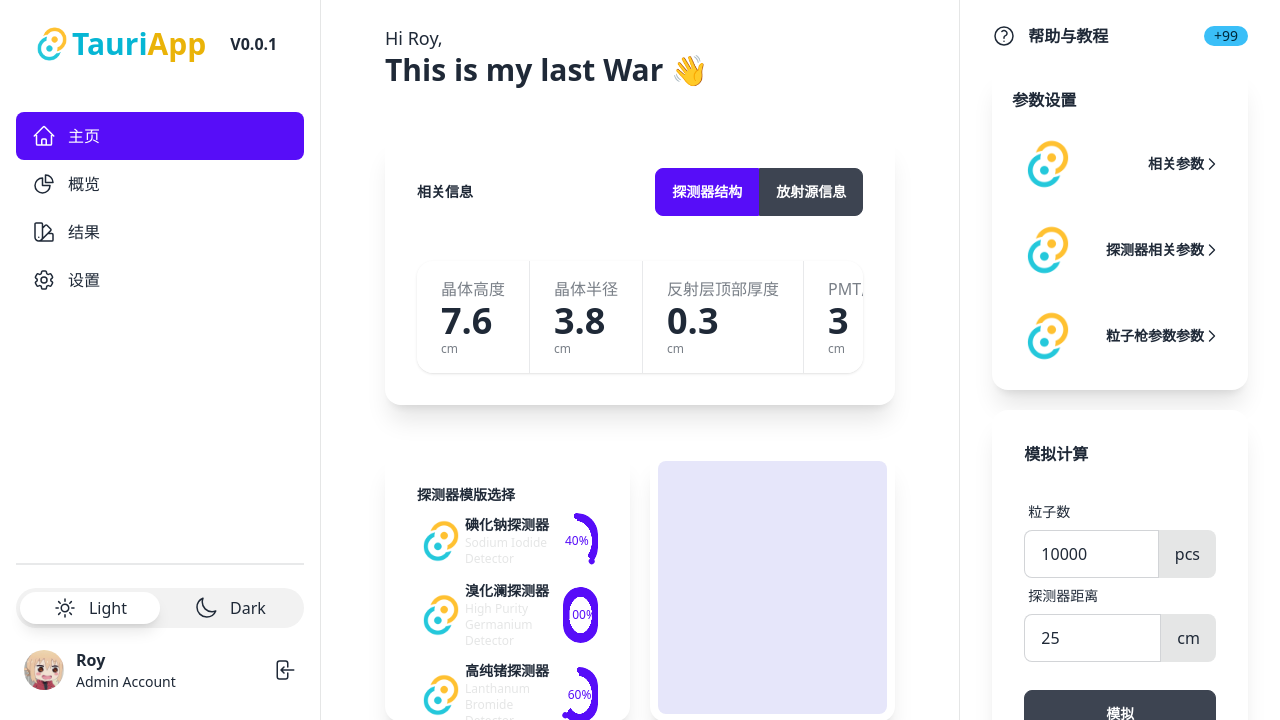
Repository: XMZOVO/tauri-geant4
Page: /
An editor plug-in stored every save of this project. The page is shown before and after the next save, followed by the edit.
The browser window is 1280 px wide. The pictures show the whole page.
The page's requests for data from a server got no answer. An inner scrolling area shows only its first screen. The project was rebuilt for these pictures with package versions that can differ from the ones it lists, and the page was loaded fresh each time. No one was signed in, and anything a server would have sent is missing. Also part of the build but not shown: vite.config.ts.

Above is the page before, as saved 2022-09-11 19:14:47.

### src/main.ts
import { createApp } from "vue";
import App from "./App.vue";
import "./index.css";
import { Router } from "./router";
import { createPinia } from "pinia";

const pinia = createPinia();

createApp(App).use(pinia).use(Router).mount("#app");

### src/router/index.ts
import { createRouter, createWebHistory } from "vue-router";

const routes = [
  {
    path: "",
    component: () => import("../components/MainWindow.vue"),
    children: [
      {
        path: "",
        component: () => import("../components/Home.vue"),
      },
      {
        path: "Setting",
        component: () => import("../components/Setting.vue"),
      },
      {
        path: "Results",
        component: () => import("../components/Results.vue"),
      },
      {
        path: "Overview",
        component: () => import("../components/Overview.vue"),
      },
      // {
      //   path: "Plan",
      //   component: () => import("../components/Plan.vue"),
      // },
    ],
  },
];

export const Router = createRouter({
  scrollBehavior: () => ({ left: 0, top: 0 }),
  history: createWebHistory(),
  routes,
});

### src/components/Home.vue
<script setup lang="ts">
import { ref, onMounted } from "vue";
import { invoke } from "@tauri-apps/api/tauri";
import { useRouter, onBeforeRouteLeave, onBeforeRouteUpdate } from "vue-router";
import path from "path";
import { exit } from "@tauri-apps/api/process";
import { fetch } from "@tauri-apps/api/http";

const router = useRouter();
const greetMsg = ref("");
const name = ref("");
let specFile = ref("");
let JSRootPath = ref("/JsRoot720/");

let detectorSrc = ref(
  JSRootPath.value +
    "index.htm?nobrowser&file=http://localhost:8080/file/G4Backend/build/rootFiles/test.root&item=Default;1&opt=ssao;transp60"
);

const parametersNames = ref([
  { name: "探测器结构", checked: true },
  { name: "放射源信息", checked: false },
]);
const selectedName = ref("钻井液性能");
const detectorProperties = ref([
  { name: "晶体高度", value: 7.6, unit: "cm" },
  { name: "晶体半径", value: 3.8, unit: "cm" },
  { name: "反射层顶部厚度", value: "0.3", unit: "cm" },
  { name: "PMT厚度", value: 3, unit: "cm" },
]);
const radioactiveProperties = ref([
  { name: "放射性同位素", value: "Co60", unit: "" },
  { name: "粒子数", value: 1000, unit: "" },
  { name: "3", value: 20, unit: "" },
  { name: "4", value: 0.02, unit: "" },
  { name: "5", value: 10, unit: "" },
]);
const detectorList = ref([
  { name: "碘化钠探测器", percent: 40, description: "Sodium Iodide Detector" },
  {
    name: "溴化澜探测器",
    percent: 100,
    description: "High Purity Germanium Detector",
  },
  {
    name: "高纯锗探测器",
    percent: 60,
    description: "Lanthanum Bromide Detector",
  },
]);
const paticleParameters = ref([
  { name: "粒子数", value: 10000, unit: "pcs" },
  { name: "探测器距离", value: 25, unit: "cm" },
]);
const btnWait = ref("");

async function greet() {
  greetMsg.value = await invoke("greet", { name: name.value });
}

onMounted(async () => {});

const parametersInfoChanged = (name: String) => {
  if (name == "探测器结构") {
    parametersNames.value[0].checked = true;
    parametersNames.value[1].checked = false;
  } else {
    parametersNames.value[0].checked = false;
    parametersNames.value[1].checked = true;
  }
};

const executeCalculate = async () => {
  if (paticleParameters.value[0].value > 10000000) {
    alert("粒子数过大");
    return;
  }
  btnWait.value = "loading";
  const response = await fetch("http://localhost:8080/g4", {
    method: "POST",
    query: {
      ch: detectorProperties.value[0].value.toString(),
      cr: detectorProperties.value[1].value.toString(),
      rtt: detectorProperties.value[2].value.toString(),
      num: paticleParameters.value[0].value.toString(),
    },
  }).then((res) => {
    btnWait.value = "";
    router.push({ path: "/Overview" });
  });
};

const refreshDetector = async () => {
  detectorSrc.value = " ";
  await fetch("http://localhost:8080/gdml", {
    method: "GET",
    query: {
      ch: detectorProperties.value[0].value.toString(),
      cr: detectorProperties.value[1].value.toString(),
      rtt: detectorProperties.value[2].value.toString(),
      pmt: detectorProperties.value[3].value.toString(),
    },
  }).then(() => {
    // let iframe: any = document.getElementById("iframe");
    // iframe.contentWindow.location.reload(true);
    detectorSrc.value =
      JSRootPath.value +
      "index.htm?nobrowser&file=http://localhost:8080/file/G4Backend/build/rootFiles/wtest.root&item=Default;1&opt=ssao;transp60";
  });
};

const exitApp = async () => {
  await exit(1);
};
</script>

<template>
  <!-- <div class="card">
    <input id="greet-input" v-model="name" placeholder="Enter a name..." />
    <button type="button" @click="greet()">Greet</button>
  </div>

  <p>{{ greetMsg }}</p> -->

  <div class="flex h-full w-full">
    <div class="w-2/3 space-y-12 border-r border-base-300 py-6 px-16">
      <div class="h-auto">
        <span class="block text-lg font-normal">Hi Roy,</span>
        <span class="block text-3xl font-bold"
          >This is my last War &#128075;</span
        >
      </div>
      <div class="card h-2/5 w-full shadow-xl">
        <div class="card-body justify-between">
          <div class="flex justify-between">
            <p class="card-title text-sm">相关信息</p>
            <!-- 选择框 -->
            <!-- <div class="form-control w-1/3 max-w-xs">
              <select
                class="select select-bordered focus:outline-none"
                @change="parametersInfoChanged($event)"
              >
                <option v-for="item in parametersNames">{{ item }}</option>
              </select>
            </div> -->
            <div class="btn-group">
              <input
                v-for="item in parametersNames"
                type="radio"
                name="options"
                :data-title="item.name"
                class="btn"
                :checked="item.checked"
                @change="parametersInfoChanged(item.name)"
              />
            </div>
          </div>
          <!-- 统计信息 -->
          <div
            class="stats stats-vertical overflow-hidden shadow lg:stats-horizontal"
          >
            <div
              class="stat"
              v-if="parametersNames[0].checked"
              v-for="item in detectorProperties"
            >
              <div class="stat-title">{{ item.name }}</div>
              <div class="stat-value">{{ item.value }}</div>
              <div class="stat-desc">{{ item.unit }}</div>
            </div>
            <div
              class="stat"
              v-if="parametersNames[1].checked"
              v-for="item in radioactiveProperties"
            >
              <div class="stat-title">{{ item.name }}</div>
              <div class="stat-value">{{ item.value }}</div>
              <div class="stat-desc">{{ item.unit }}</div>
            </div>
          </div>
        </div>
      </div>
      <!-- 底部双卡片 -->
      <div class="flex h-2/5 space-x-5">
        <!-- 1 -->
        <div class="card w-1/2 bg-base-100 shadow-xl">
          <div class="card-body">
            <p class="text-sm font-semibold">探测器模版选择</p>
            <!-- item -->
            <div class="flex flex-col gap-3">
              <div
                v-for="(item, index) in detectorList"
                class="flex items-center justify-between"
              >
                <div class="flex items-center">
                  <img src="../assets/icon.png" class="h-12 w-12" />
                  <div class="flex flex-col">
                    <p class="text-sm font-semibold">{{ item.name }}</p>
                    <p class="text-xs text-base-300">
                      {{ item.description }}
                    </p>
                  </div>
                </div>
                <div
                  class="radial-progress text-xs text-primary"
                  :style="
                    '--value: ' +
                    item.percent +
                    '; --size: 3.5rem; --thickness: 6px'
                  "
                >
                  {{ item.percent }}%
                </div>
              </div>
            </div>
            <btn class="btn rounded-xl"> 更多模版</btn>
          </div>
        </div>
        <!-- 2 -->
        <div class="card w-1/2 bg-base-100 shadow-xl">
          <div class="card-body p-2">
            <iframe
              :src="detectorSrc"
              frameborder="0"
              class="h-full w-full rounded-lg"
            ></iframe>
            <!-- <div class="h-full w-full bg-black" id="drawing"></div> -->
          </div>
        </div>
      </div>
    </div>

    <!-- 右侧 -->
    <div class="w-1/3 flex-col space-y-5 px-8 pt-6">
      <!-- 帮助 -->
      <div class="flex items-center justify-between">
        <div class="flex items-center space-x-3">
          <svg
            xmlns="http://www.w3.org/2000/svg"
            fill="none"
            viewBox="0 0 24 24"
            stroke-width="1.5"
            stroke="currentColor"
            class="h-6 w-6"
          >
            <path
              stroke-linecap="round"
              stroke-linejoin="round"
              d="M9.879 7.519c1.171-1.025 3.071-1.025 4.242 0 1.172 1.025 1.172 2.687 0 3.712-.203.179-.43.326-.67.442-.745.361-1.45.999-1.45 1.827v.75M21 12a9 9 0 11-18 0 9 9 0 0118 0zm-9 5.25h.008v.008H12v-.008z"
            />
          </svg>
          <label class="font-bold">帮助与教程</label>
        </div>
        <div class="badge badge-info">+99</div>
      </div>
      <!-- 帮助 -->
      <!-- 卡1 -->
      <div class="flex space-x-5">
        <div class="card w-full overflow-visible bg-base-100 shadow-xl">
          <div class="card-body p-5">
            <div class="flex-col space-y-5">
              <p class="text-md font-bold">参数设置</p>

              <!-- 溢流物 -->
              <div class="dropdown-left dropdown w-full">
                <div
                  tabindex="0"
                  class="flex items-center justify-between rounded-xl px-2 py-1 duration-300 hover:cursor-pointer hover:bg-primary hover:text-base-100"
                >
                  <img src="../assets/icon.png" class="h-14 w-14 rounded-xl" />
                  <div class="flex items-center">
                    <p class="text-sm font-bold">相关参数</p>
                    <svg
                      xmlns="http://www.w3.org/2000/svg"
                      fill="none"
                      viewBox="0 0 24 24"
                      stroke-width="2"
                      stroke="currentColor"
                      class="h-4 w-4"
                    >
                      <path
                        stroke-linecap="round"
                        stroke-linejoin="round"
                        d="M8.25 4.5l7.5 7.5-7.5 7.5"
                      />
                    </svg>
                  </div>
                </div>
                <!-- 浮动窗口 -->
                <div
                  tabindex="0"
                  class="card dropdown-content rounded-box w-full bg-base-100 shadow"
                >
                  <div class="card-body space-y-3">
                    <p class="font-bold">设置相关参数</p>
                    <div
                      v-for="item in detectorList"
                      class="flex items-center justify-between"
                    >
                      <p>{{ item.name }}</p>
                      <p class="font-bold text-primary">{{ item.percent }}%</p>
                      <input
                        type="range"
                        min="0"
                        max="100"
                        v-model="item.percent"
                        class="range range-xs w-1/2"
                        step="1"
                      />
                    </div>
                  </div>
                </div>
              </div>
              <!-- 溢流物 -->
              <!-- 钻井液 -->
              <div class="dropdown-left dropdown w-full">
                <div
                  tabindex="0"
                  class="flex items-center justify-between rounded-xl px-2 py-1 duration-300 hover:cursor-pointer hover:bg-primary hover:text-base-100"
                >
                  <img src="../assets/icon.png" class="h-14 w-14 rounded-xl" />
                  <div class="flex items-center">
                    <p class="text-sm font-bold">探测器相关参数</p>
                    <svg
                      xmlns="http://www.w3.org/2000/svg"
                      fill="none"
                      viewBox="0 0 24 24"
                      stroke-width="2"
                      stroke="currentColor"
                      class="h-4 w-4"
                    >
                      <path
                        stroke-linecap="round"
                        stroke-linejoin="round"
                        d="M8.25 4.5l7.5 7.5-7.5 7.5"
                      />
                    </svg>
                  </div>
                </div>
                <!-- 浮动窗口 -->
                <div
                  tabindex="0"
                  class="card dropdown-content rounded-box w-96 bg-base-100 shadow"
                >
                  <div class="card-body space-y-1">
                    <div class="flex items-center">
                      <p class="font-bold">设置探测器参数</p>
                      <button class="btn btn-xs" @click="refreshDetector">
                        刷新探测器模型
                      </button>
                    </div>
                    <div
                      v-for="item in detectorProperties"
                      class="form-control"
                    >
                      <label class="label">
                        <span class="label-text">{{ item.name }}</span>
                      </label>
                      <label class="input-group">
                        <input
                          type="text"
                          v-model="item.value"
                          class="input input-bordered w-3/4 focus:outline-none"
                        />
                        <span class="w-1/4">{{ item.unit }}</span>
                      </label>
                    </div>
                  </div>
                </div>
              </div>
              <!-- 钻井液 -->
              <!-- 节流压 -->
              <div class="dropdown-left dropdown w-full">
                <div
                  tabindex="0"
                  class="flex items-center justify-between rounded-xl px-2 py-1 duration-300 hover:cursor-pointer hover:bg-primary hover:text-base-100"
                >
                  <img src="../assets/icon.png" class="h-14 w-14 rounded-xl" />
                  <div class="flex items-center">
                    <p class="text-sm font-bold">粒子枪参数参数</p>
                    <svg
                      xmlns="http://www.w3.org/2000/svg"
                      fill="none"
                      viewBox="0 0 24 24"
                      stroke-width="2"
                      stroke="currentColor"
                      class="h-4 w-4"
                    >
                      <path
                        stroke-linecap="round"
                        stroke-linejoin="round"
                        d="M8.25 4.5l7.5 7.5-7.5 7.5"
                      />
                    </svg>
                  </div>
                </div>
                <!-- 浮动窗口 -->
                <div
                  tabindex="0"
                  class="card dropdown-content rounded-box w-96 bg-base-100 shadow"
                >
                  <div class="card-body space-y-3">
                    <p class="font-bold">设置粒子枪参数</p>
                    <div
                      v-for="item in radioactiveProperties"
                      class="form-control"
                    >
                      <label class="label">
                        <span class="label-text">{{ item.name }}</span>
                      </label>
                      <label class="input-group">
                        <input
                          type="text"
                          v-model="item.value"
                          class="input input-bordered w-3/4 focus:outline-none"
                        />
                        <span class="w-1/4">{{ item.unit }}</span>
                      </label>
                    </div>
                  </div>
                </div>
              </div>
              <!-- 节流压 -->
            </div>
          </div>
        </div>
      </div>
      <!-- 卡2 -->
      <div class="flex space-x-5">
        <div class="card w-full bg-base-100 shadow-xl">
          <div class="card-body space-y-5">
            <p class="text-md font-bold">模拟计算</p>
            <div>
              <div v-for="item in paticleParameters" class="form-control">
                <label class="label">
                  <span class="label-text">{{ item.name }}</span>
                </label>
                <label class="input-group">
                  <input
                    type="text"
                    placeholder="0.01"
                    v-model="item.value"
                    class="input input-bordered w-full focus:outline-none"
                  />
                  <span>{{ item.unit }}</span>
                </label>
              </div>
            </div>
            <!-- 计算 -->
            <button :class="'btn w-full ' + btnWait" @click="executeCalculate">
              模拟
            </button>
          </div>
        </div>
      </div>
    </div>
  </div>
</template>

<style scoped></style>

Loaded but not shown: index.html (common file); src/App.vue (common file); src/index.css (common file); tailwind.config.cjs (common file); public/JsRoot720/modules/d3.mjs (library); public/JsRoot720/modules/gui/HierarchyPainter.mjs (library); public/JsRoot720/modules/io.mjs (3859 lines, source omitted); public/JsRoot720/modules/gpad/TFramePainter.mjs (2781 lines, source omitted); public/JsRoot720/modules/gpad/TPadPainter.mjs (2078 lines, source omitted); public/JsRoot720/modules/gui/menu.mjs (1573 lines, source omitted); public/JsRoot720/modules/core.mjs (1681 lines, source omitted); public/JsRoot720/modules/gui/display.mjs (1711 lines, source omitted); public/JsRoot720/modules/base/ObjectPainter.mjs (1608 lines, source omitted); public/JsRoot720/modules/base/math.mjs (2061 lines, source omitted); public/JsRoot720/modules/gpad/TAxisPainter.mjs (1330 lines, source omitted); public/JsRoot720/modules/hist/TPavePainter.mjs (1257 lines, source omitted); public/JsRoot720/modules/base/latex.mjs (1324 lines, source omitted); public/JsRoot720/modules/draw.mjs (618 lines, source omitted); public/JsRoot720/modules/gui/utils.mjs (511 lines, source omitted); public/JsRoot720/modules/gpad/TCanvasPainter.mjs (756 lines, source omitted); public/JsRoot720/modules/base/BasePainter.mjs (670 lines, source omitted); public/JsRoot720/modules/base/TAttFillHandler.mjs (343 lines, source omitted); public/JsRoot720/modules/base/TAttMarkerHandler.mjs (292 lines, source omitted); public/JsRoot720/modules/gui.mjs (206 lines, source omitted); public/JsRoot720/modules/base/colors.mjs (172 lines, source omitted); public/JsRoot720/modules/base/TAttLineHandler.mjs (166 lines, source omitted); public/JsRoot720/modules/base/FontHandler.mjs (139 lines, source omitted); src/components/MainWindow.vue (303 lines, source omitted)

After the next save:
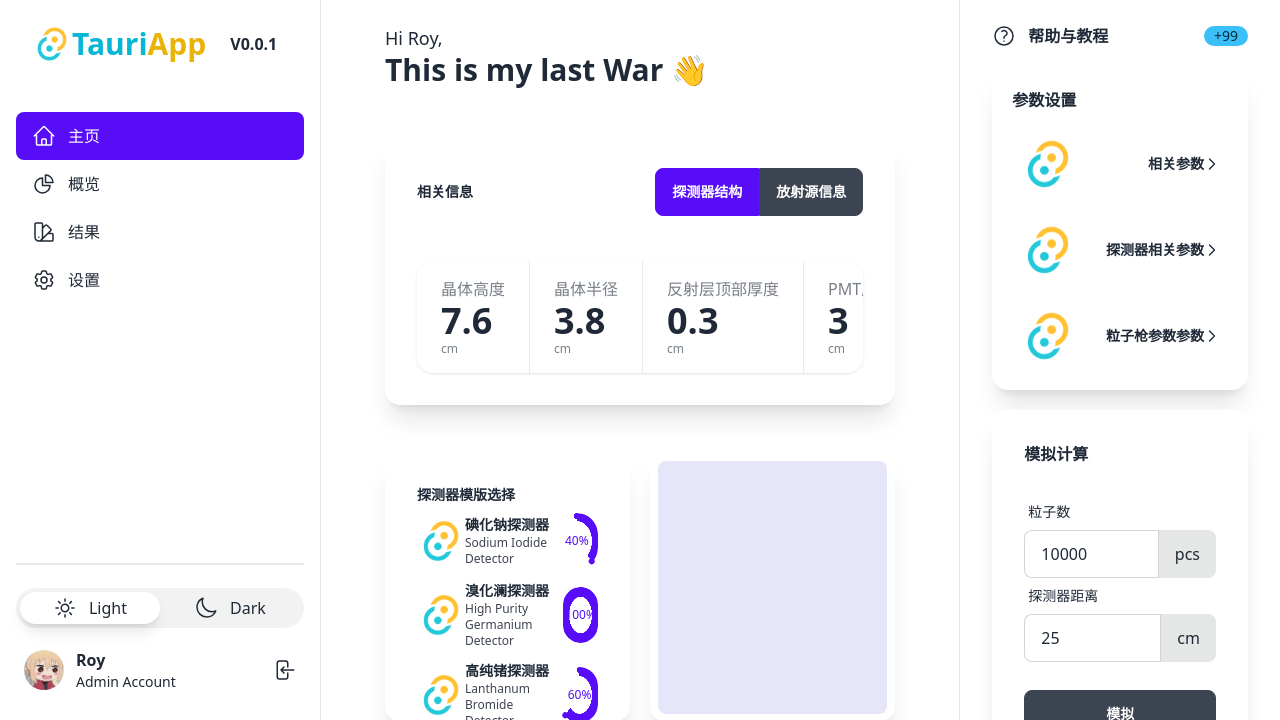
Saved 15 s later.
--- a/src/components/Home.vue
+++ b/src/components/Home.vue
@@ -196,7 +196,7 @@ const exitApp = async () => {
                   <img src="../assets/icon.png" class="h-12 w-12" />
                   <div class="flex flex-col">
                     <p class="text-sm font-semibold">{{ item.name }}</p>
-                    <p class="text-xs text-base-300">
+                    <p class="text-xs text-neutral">
                       {{ item.description }}
                     </p>
                   </div>
